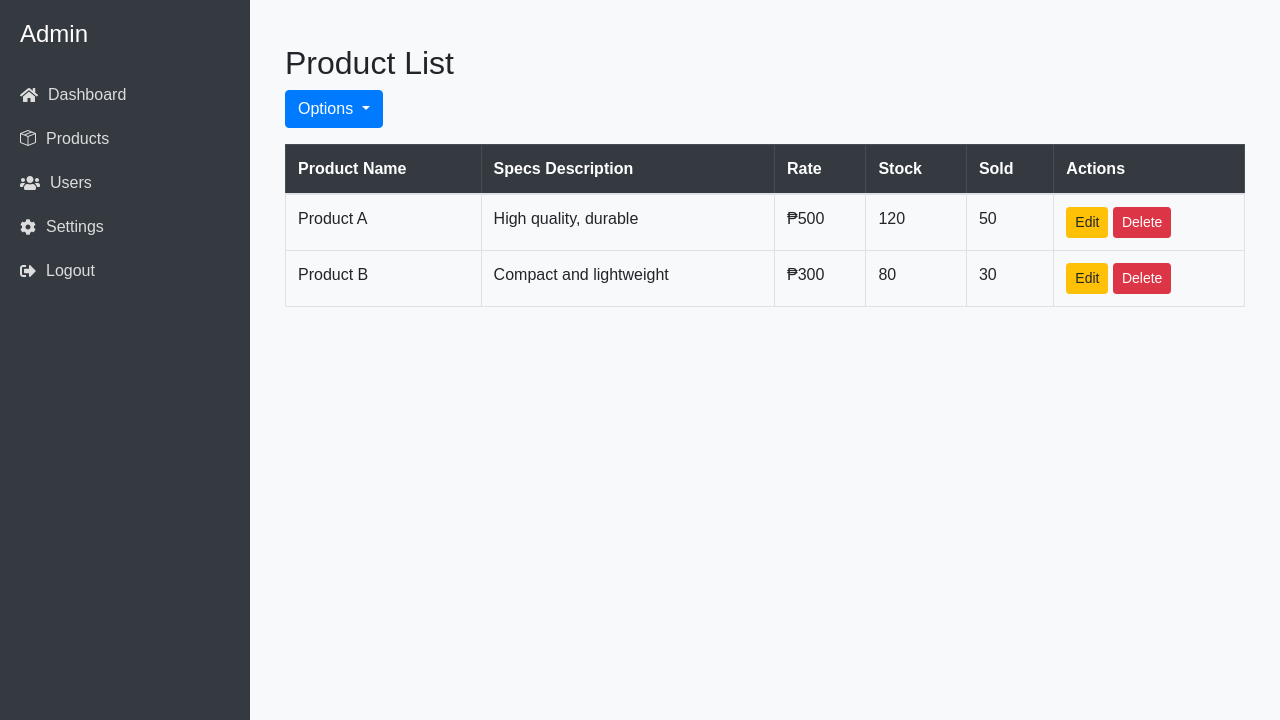
Repository: Darkrepo23/Ecommerce-Manalastas-project
Page: admin/Product-list.html
An editor plug-in stored every save of this project. The page is shown before and after the next save, followed by the edit.
The browser window is 1280 px wide. The pictures show the whole page.

Above is the page before, as saved 2026-01-06 09:47:36.

### admin/Product-list.html
<!DOCTYPE html>
<html lang="en">

<head>
    <meta charset="UTF-8">
    <meta name="viewport" content="width=device-width, initial-scale=1.0">
    <title>Modern Sidebar</title>
    <script src="https://cdnjs.cloudflare.com/ajax/libs/font-awesome/5.15.4/js/all.min.js"></script>
    <link rel="stylesheet" href="https://cdn.jsdelivr.net/npm/bootstrap-icons@1.11.1/font/bootstrap-icons.css">
    <link rel="stylesheet" href="https://stackpath.bootstrapcdn.com/bootstrap/4.5.2/css/bootstrap.min.css">
    <link rel="stylesheet" href="https://cdnjs.cloudflare.com/ajax/libs/font-awesome/5.15.4/css/all.min.css">

    <style>
        body {
            font-family: 'Arial', sans-serif;
            background-color: #f8f9fa;
            overflow-x: hidden;
        }

        .sidebar {
            width: 250px;
            height: 100vh;
            background: #343a40;
            color: #fff;
            padding: 20px;
            position: fixed;
            left: 0;
            top: 0;
            transition: transform 0.3s ease;
            z-index: 1000;
        }

        .sidebar .nav-link {
            color: #ddd;
            padding: 10px 0;
            display: flex;
            align-items: center;
            gap: 10px;
        }

        .sidebar .nav-link:hover {
            color: #fff;
        }

        /* Content next to sidebar on desktop */
        .content {
            margin-left: 250px;
            padding: 20px;
            transition: 0.3s;
        }

        .hamburger {
            position: fixed;
            top: 15px;
            left: 15px;
            display: none;
            z-index: 5000 !important;
        }

        .chart-container {
            width: 100%;
            /* make it full width */
            max-width: 900px;
            /* optional max width */
            margin: 0 auto;
            background: #fff;
            padding: 20px;
            border-radius: 10px;
            box-shadow: 0 2px 8px rgba(0, 0, 0, 0.1);
        }

        .chart-container canvas {
            /* ensure canvas always fills container */
            width: 100% !important;
            height: auto !important;
        }



        /* MOBILE FIXES */
        @media (max-width: 768px) {

            .sidebar {
                transform: translateX(-100%);
            }

            .sidebar.active {
                transform: translateX(0);
            }

            .hamburger {
                display: block;
            }

            /* Content should NOT be shifted on mobile */
            .content {
                margin-left: 0;
            }
        }

        /* Hamburger button */


        .close-btn {
            font-size: 32px;
            /* size of the X */
            cursor: pointer;
            display: inline-block;
            z-index: 5000 !important;
        }


        /* Dashboard cards */
        .stat-card {
            padding: 20px;
            border-radius: 10px;
            background: #fff;
            text-align: center;
            box-shadow: 0 2px 5px rgba(0, 0, 0, 0.1);
            transition: .2s;
        }

        .stat-card:hover {
            transform: translateY(-3px);
        }
    </style>
</head>

<body>

    <!-- Hamburger Menu -->
    <div class="hamburger" onclick="toggleSidebar()">
        <i class="fas fa-bars"></i>
    </div>

    <!-- Sidebar -->
    <div class="sidebar" id="sidebar">
        <div class="logo mb-3 d-flex align-items-center justify-content-between">
            <h4>Admin</h4>
        </div>
        <ul class="nav flex-column">
            <li class="nav-item">
                <a class="nav-link" href="#"><i class="fas fa-home"></i> Dashboard</a>
            </li>
            <li class="nav-item">
                <a class="nav-link" href="#"><i class="bi bi-box-seam"></i> Products</a>
            </li>
            <li class="nav-item">
                <a class="nav-link" href="#"><i class="fas fa-users"></i> Users</a>
            </li>
            <li class="nav-item">
                <a class="nav-link" href="#"><i class="fas fa-cog"></i> Settings</a>
            </li>
            <li class="nav-item">
                <a class="nav-link" href="#"><i class="fas fa-sign-out-alt"></i> Logout</a>
            </li>
        </ul>
    </div>

    <!-- Main Content -->
    <div class="content">
        <div class="container mt-4">

            <!-- Dropdown -->
            <div class="mb-3 ">
                <h2>Product List</h2>
                <div class="dropdown">
                    <button class="btn btn-primary dropdown-toggle" type="button" id="dropdownMenuButton"
                        data-bs-toggle="dropdown" aria-expanded="false">
                        Options
                    </button>
                    <ul class="dropdown-menu" aria-labelledby="dropdownMenuButton">
                        <li><a class="dropdown-item" href="#">Add Product</a></li>
                        <li><a class="dropdown-item" href="#">Export List</a></li>
                        <li><a class="dropdown-item" href="#">Settings</a></li>
                    </ul>
                </div>
            </div>

            <!-- Product Table -->
            <div class="table-responsive">
                <table class="table table-bordered table-hover">
                    <thead class="table-dark">
                        <tr>
                            <th>Product Name</th>
                            <th>Specs Description</th>
                            <th>Rate</th>
                            <th>Stock</th>
                            <th>Sold</th>
                            <th>Actions</th>
                        </tr>
                    </thead>
                    <tbody>
                        <!-- Example Row -->
                        <tr>
                            <td>Product A</td>
                            <td>High quality, durable</td>
                            <td>₱500</td>
                            <td>120</td>
                            <td>50</td>
                            <td>
                                <button class="btn btn-sm btn-warning me-1">Edit</button>
                                <button class="btn btn-sm btn-danger">Delete</button>
                            </td>
                        </tr>
                        <tr>
                            <td>Product B</td>
                            <td>Compact and lightweight</td>
                            <td>₱300</td>
                            <td>80</td>
                            <td>30</td>
                            <td>
                                <button class="btn btn-sm btn-warning me-1">Edit</button>
                                <button class="btn btn-sm btn-danger">Delete</button>
                            </td>
                        </tr>
                        <!-- Add more rows as needed -->
                    </tbody>
                </table>
            </div>
        </div>
    </div>
    <script src="https://cdn.jsdelivr.net/npm/chart.js"></script>
    <script src="https://cdn.jsdelivr.net/npm/bootstrap@5.3.0/dist/js/bootstrap.bundle.min.js"></script>

</body>

</html>

After the next save:
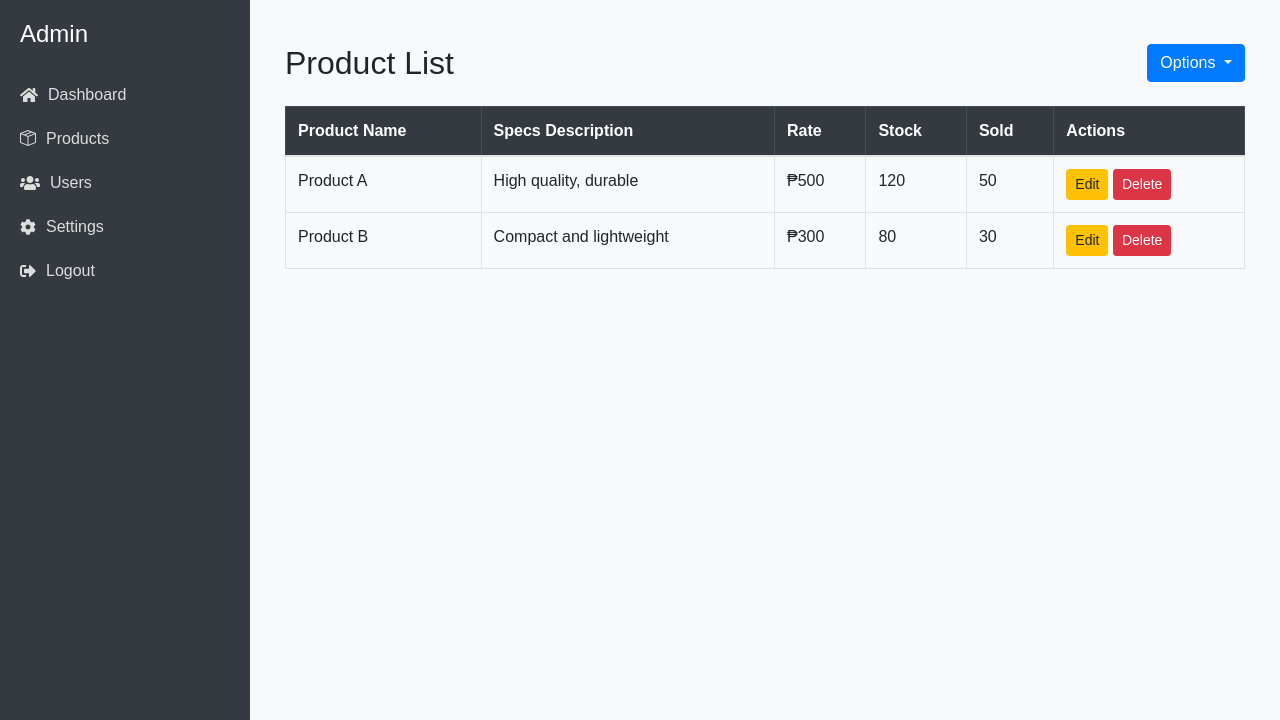
Saved 10 s later.
--- a/admin/Product-list.html
+++ b/admin/Product-list.html
@@ -162,7 +162,7 @@
         <div class="container mt-4">
 
             <!-- Dropdown -->
-            <div class="mb-3 ">
+            <div class="mb-3 d-flex justify-content-between">
                 <h2>Product List</h2>
                 <div class="dropdown">
                     <button class="btn btn-primary dropdown-toggle" type="button" id="dropdownMenuButton"
